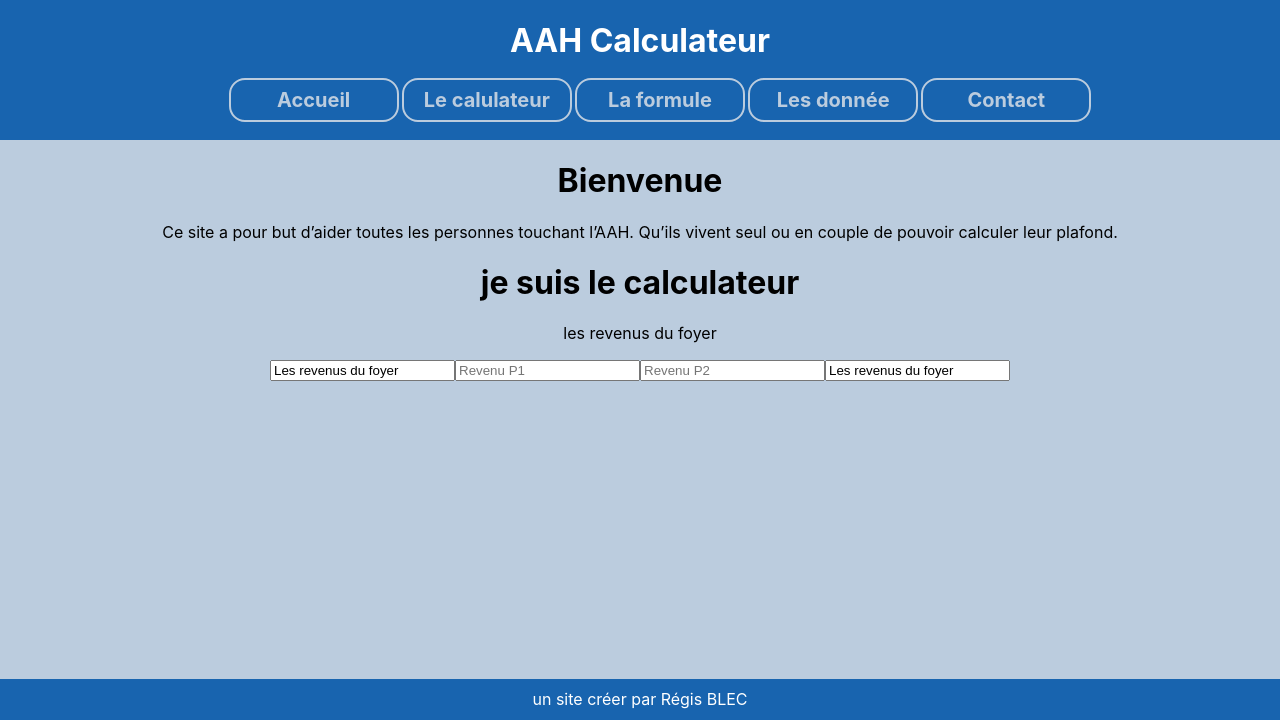
Repository: Cide74/calculateur-aah
Page: /
An editor plug-in stored every save of this project. The page is shown before and after the next save, followed by the edit.
The browser window is 1280 px wide. The pictures show the whole page.
The project was rebuilt for these pictures with package versions that can differ from the ones it lists, and the page was loaded fresh each time. Also part of the build but not shown: src/components/Calculator/Calculator.scss.

Above is the page before, as saved 2021-04-05 17:17:31.

### public/index.html
<!DOCTYPE html>
<html lang="fr">
  <head>
    <meta charset="utf-8" />
    <link rel="icon" href="%PUBLIC_URL%/logoAAH.ico" />
    <meta name="viewport" content="width=device-width, initial-scale=1" />
    <meta name="theme-color" content="#000000" />
    <meta
      name="description"
      content="Web site created using create-react-app"
    />
    <link rel="apple-touch-icon" href="%PUBLIC_URL%/logoAAH.jpg" />
    <!--
      manifest.json provides metadata used when your web app is installed on a
      user's mobile device or desktop. See https://developers.google.com/web/fundamentals/web-app-manifest/
    -->
    <link rel="manifest" href="%PUBLIC_URL%/manifest.json" />
    <!--
      Notice the use of %PUBLIC_URL% in the tags above.
      It will be replaced with the URL of the `public` folder during the build.
      Only files inside the `public` folder can be referenced from the HTML.

      Unlike "/favicon.ico" or "favicon.ico", "%PUBLIC_URL%/favicon.ico" will
      work correctly both with client-side routing and a non-root public URL.
      Learn how to configure a non-root public URL by running `npm run build`.
    -->
    <title>React App</title>
  </head>
  <body>
    <noscript>You need to enable JavaScript to run this app.</noscript>
    <div id="root"></div>
    <!--
      This HTML file is a template.
      If you open it directly in the browser, you will see an empty page.

      You can add webfonts, meta tags, or analytics to this file.
      The build step will place the bundled scripts into the <body> tag.

      To begin the development, run `npm start` or `yarn start`.
      To create a production bundle, use `npm run build` or `yarn build`.
    -->
  </body>
</html>

### src/index.css
body {
  margin: 0;
  font-family: -apple-system, BlinkMacSystemFont, 'Segoe UI', 'Roboto', 'Oxygen',
    'Ubuntu', 'Cantarell', 'Fira Sans', 'Droid Sans', 'Helvetica Neue',
    sans-serif;
  -webkit-font-smoothing: antialiased;
  -moz-osx-font-smoothing: grayscale;







  background-color:#BBCCDE;
  background-color:#1864AF;
}

code {
  font-family: source-code-pro, Menlo, Monaco, Consolas, 'Courier New',
    monospace;
}

### src/App.js
import Header from './components/Header/Header';
import Menu from './components/Menu/Menu';
import Main from './components/Main/Main';
import Footer from './components/Footer/Footer';

import './App.scss';

function App() {
  return (
    <div className="App">
      <Header />
      <Menu />
      <Main />
      <Footer />
    </div>
  );
}

export default App;

### src/components/Header/Header.js
//import Menu from '../Menu/Menu';
import './Header.scss';

export default function Header() {
  return (
    <div className="header">
      <h1 className="header-title">AAH Calculateur</h1>

    </div>
  );
}

### src/components/Menu/Menu.js

import './Menu.scss';

export default function Menu() {
  return (
		<nav className="menu">
			<ul className="menu__list">
				<li className="menu__item menu__item--current">
          <a className="menu__link">Accueil</a></li>
				<li className="menu__item">
          <a className="menu__link">Le calulateur</a></li>
				<li className="menu__item">
          <a className="menu__link">La formule</a></li>
				<li className="menu__item">
          <a className="menu__link">Les donnée</a></li>
				<li className="menu__item">
          <a className="menu__link">Contact</a></li>
			</ul>
		</nav>
  );
}

### src/components/Main/Main.js
import Home from '../Home/Home';
import Calculator from '../Calculator/Calculator';

import './Main.scss';

export default function Main() {
  return (
    <div className="Main">
      < Home />
      < Calculator />

    </div>
  );
}

### src/components/Footer/Footer.js
import './Footer.scss';

export default function Footer() {
  return (
    <div className="Footer">
      <h1 className="Footer-title">un site créer par Régis BLEC</h1>
    </div>
  );
}

### src/App.scss
.App {

  text-align: center;
  background-color:#1864AF ;
  background-color:#BBCCDE;

  display: flex;
  flex-direction: column;
  min-height: 100vh;

  h1 {
   // color:white;
  }
}

### src/components/Header/Header.scss
.header {
    background-color:#1864AF;
    &-title {
        color: white;
        font-size: 2em;
        background-color:#1864AF;
        margin-bottom: 0rem ;
    }
}

### src/components/Menu/Menu.scss
.menu {
    color:#BBCCDE;
    background-color:#1864AF;
    &__list {
        display:inline-flex;
    }
    &__item {
        max-width: auto;
        margin:0.1rem;
        padding: 0.5rem;
        list-style:none;
        font-size: 1.25em;
        font-weight: bolder;
        border-radius: 1rem ;
        border:2px solid #BBCCDE;
        min-width: 150px;
    }
    &__item:hover {
            color :#1864AF;
            border-radius: 3rem ;
            background-color:#BBCCDE;
        }
}

### src/components/Home/Home.js


import './Home.scss';

export default function Home() {
  return (
    <div className='Home'>
      <h1>Bienvenue</h1>
      <p>Ce site a pour but d’aider toutes les personnes touchant l’AAH. Qu’ils vivent seul ou en couple de pouvoir calculer leur plafond. </p>

    </div>
  );
}

### src/components/Calculator/Calculator.js
import React from 'react';


import './Calculator.scss';

export default function Calculator() {






  return (
    <div ClassName='calculateur'>
      <h1>je suis le calculateur</h1>





      <form className='form'>
        <p className='field-input-revenu'>les revenus du foyer</p>
        <input
          type='text'
          className='field-input-revenu'
          onChange= ''
          value="Les revenus du foyer"
          //onChange={handleChange}
          // placeholder='Revenu P2 '
          name='revenu1'
        />
        <input
          type='number'
          className='field-input-revenu'
          onChange= ''
          value=""
          //onChange={handleChange}
          placeholder='Revenu P1 '
          name='revenu1'
        />
        <input
          type='number'
          className='field-input-revenu'
          onChange= ''
          value=""
          //onChange={handleChange}
          placeholder='Revenu P2 '
          name='revenu1'
        />
        <input
          type='text'
          className='field-input-revenu'
          onChange= ''
          value="Les revenus du foyer"
          //onChange={handleChange}
          // placeholder='Revenu P2 '
          name='revenu1'
        />
      </form>
    </div>
  );
}

### src/components/Main/Main.scss
.Main {
    background-color: #BBCCDE;
    flex: 1;


    p {
    overflow: auto;
    }

}

### src/components/Footer/Footer.scss
.Footer {

    text-align: center;
    background-color:#1864AF;

    position: relative;
    width: 100%;

    &-title {
        text-align: center;
        text-overflow: clip;
        color:white;
        font-weight: normal;
        font-size: 1em;
    }

}

Loaded but not shown: src/index.js (common file); src/reportWebVitals.js (common file); src/components/Home/Home.scss (no stored copy; drawn as an empty file)

After the next save:
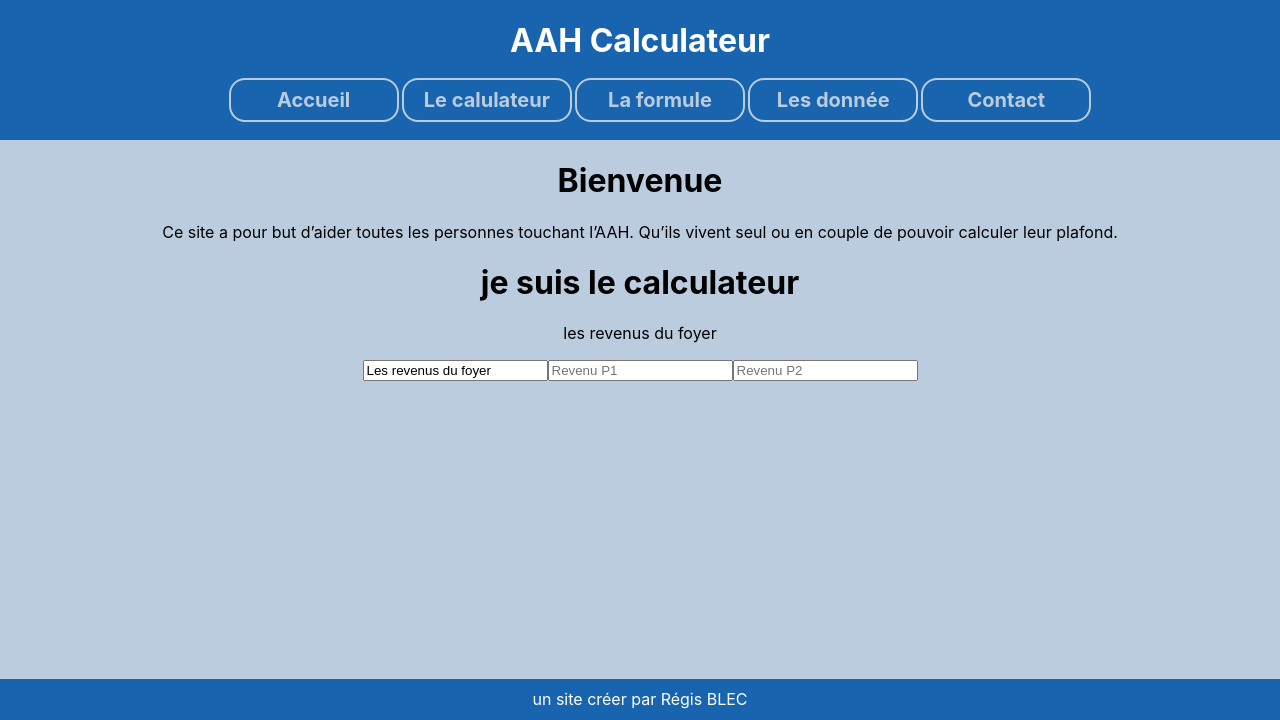
Saved 7 s later.
--- a/src/components/Calculator/Calculator.js
+++ b/src/components/Calculator/Calculator.js
@@ -47,15 +47,6 @@ export default function Calculator() {
           placeholder='Revenu P2 '
           name='revenu1'
         />
-        <input
-          type='text'
-          className='field-input-revenu'
-          onChange= ''
-          value="Les revenus du foyer"
-          //onChange={handleChange}
-          // placeholder='Revenu P2 '
-          name='revenu1'
-        />
       </form>
     </div>
   );
